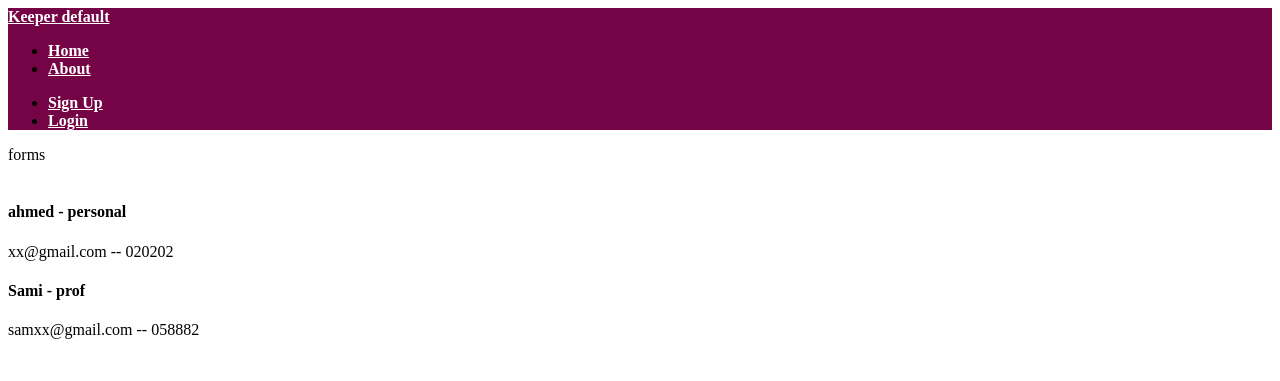
Repository: 3bdulrahman/contact-keeper
Page: / (app in client/)
An editor plug-in stored every save of this project. The page is shown before and after the next save, followed by the edit.
The browser window is 1280 px wide. The pictures show the whole page.
The project was rebuilt for these pictures with package versions that can differ from the ones it lists, and the page was loaded fresh each time. A package was used in the major version that the imports need, not the one package.json lists. Also part of the build but not shown: client/src/components/pages/About.js.

Above is the page before, as saved 2020-04-04 21:06:52.

### client/src/App.js
import React,{Fragment} from 'react';
import { BrowserRouter as Router , Route , Switch } from 'react-router-dom'
import Navbar from './components/layout/Navbar'
import Home from './components/pages/Home'
import About from './components/pages/About'
import ContactState  from './context/contact/ContactState'
import './App.css'
const  App = ()=> {
   return (
    <ContactState>
    <Router>
    <Fragment>
         <Navbar   />
         <div className='container'>
             <Switch>
               <Route exact path='/' component={Home} />
               <Route exact path='/about' component={About} />
             </Switch>
         </div>
    </Fragment>
    </Router>
    </ContactState>
  );
}

export default App;

### client/src/components/layout/Navbar.js
import React from 'react'
import {Link} from 'react-router-dom'
import PropTypes from 'prop-types'

 const Navbar = ({title}) => {
    return (
        <nav class="navbar navbar-default">
        <div class="navbar-header">

      <a class="navbar-brand" href="#">{title}</a>
    </div>
        <div class="container" id="myNavbar">

          <ul class="nav navbar-nav">
            <li class="active"><Link to="/">Home</Link></li>
            <li><Link to="/about">About</Link></li>

          </ul>
          <ul class="nav navbar-nav navbar-right">
      <li><a href="#"><span class="glyphicon glyphicon-user"></span> Sign Up</a></li>
      <li><a href="#"><span class="glyphicon glyphicon-log-in"></span> Login</a></li>
    </ul>
        </div>
      </nav>
    )
}

Navbar.propTypes= {
     title:PropTypes.string.isRequired
}
Navbar.defaultProps = {
     title:'Keeper default '
}

export default Navbar

### client/src/components/pages/Home.js
import React from 'react'
import Contacts from '../contacts/contacts'
 const Home = () => {
    return (
        <div className="row">
            <div className="col-md-6 col-lg-6">forms</div>
             <div className="col-md-6 col-lg-6">
                 <br />
                 <Contacts /></div>
        </div>
    )
}

export default Home

### client/src/context/contact/ContactState.js
import React,{useReducer} from 'react'
import uuid from 'uuid'
import contactContext from './ContactContext'
import { UPDATE_CONTACT,CLEAR_CURRENT,DELETE_CONTACT,SET_CURRENT,ADD_CONTACT,SET_ALERT,REMOVE_ALERT,
    FILTER_CONTACTS,CLEAR_FILTER} from '../type'
import contactReducer from '../contact/ContactReducer'
const ContactState = props=>{
       const contactInit = {
             contacts:[
                   {id:1,name:"ahmed",email:"xx@gmail.com",phone:"020202",type:"personal"},
                   {id:2,name:"Sami",email:"samxx@gmail.com",phone:"058882",type:"prof"}
             ]
       };
       const [state,dispatch] = useReducer(contactReducer,contactInit)
       //add contact
       return(
            <contactContext.Provider value={{
                contacts:state.contacts
            }}>
                {props.children}
            </contactContext.Provider>
       )
}

export default ContactState

### client/src/App.css
.navbar-default{
     background-color:rgb(116, 4, 69);
     border:0px;
     border-radius: 0px;
}
.navbar-default .navbar-nav>.active>a, .navbar-default .navbar-nav>.active>a:focus, .navbar-default .navbar-nav>.active>a:hover{
    background-color:rgb(116, 4, 69);
}

.navbar-nav>.active>a{
     color:#fff;
     font-weight: bold;
     background-color:rgb(116, 4, 69);
}

.navbar-default .navbar-nav>li>a{
    color:#fff;
     font-weight: bold;
}

.navbar-default .navbar-brand{
    background-color:rgb(116, 4, 69);;
    color:#fff;
    font-weight: bold;
}

.navbar-default .navbar-nav>.active>a{
    background-color:rgb(116, 4, 69);;
    color:#fff;
    font-weight: bold;
}

### client/src/components/contacts/contacts.js
import React,{useContext,Fragment} from 'react'
import ContactContext from '../../context/contact/ContactContext'
import ContactsItem from './contactsItem'
 const Contacts = () => {
    const contextContact = useContext(ContactContext)
    const {contacts} = contextContact
    return (
        <Fragment>
            {contacts.map(contact=> <ContactsItem key={contact.id} contact={contact} />)}
        </Fragment>
    )
}
export default Contacts

### client/src/context/contact/ContactContext.js
import {createContext} from 'react'
const contactContext = createContext()
export default contactContext

### client/src/context/type.js
export const ADD_CONTACT="ADD_CONTACT"
export const DELETE_CONTACT="DELETE_CONTACT"
export const UPDATE_CONTACT="UPDATE_CONTACT"
export const FILTER_CONTACTS="FILTER_CONTACTS"
export const CLEAR_FILTER="CLEAR_FILTER"
export const SET_CURRENT="SET_CURRENT"
export const CLEAR_CURRENT="CLEAR_CURRENT"
export const SET_ALERT="SET_ALERT"
export const REMOVE_ALERT="REMOVE_ALERT"

### client/src/context/contact/ContactReducer.js
import { UPDATE_CONTACT,CLEAR_CURRENT,DELETE_CONTACT,SET_CURRENT,ADD_CONTACT,SET_ALERT,REMOVE_ALERT,
    FILTER_CONTACTS,CLEAR_FILTER} from '../type'

export default (state,action)=>{
      switch(action.type){
           default:
               return state
      }
}

### client/src/components/contacts/contactsItem.js
import React from 'react'

 const ContactsItem = ({contact}) => {
    const {id,name,email,phone,type} = contact
    return (
        <div className="card">

              <div className="card-body">
              <div className="card-title">
              <h4>{name} - <span className={'badge ' + (type==='personal'?'badge-primary':'badge-danger')}>{type}</span></h4>
              </div>

              <div className="card-text">
              {email&& <span className="label label-primary">{email}</span>} --
              {phone&& <span className="label label-warning">{' '+phone}</span>}
              </div>

              </div>
        </div>
    )
}
export default ContactsItem

Loaded but not shown: client/src/index.js (common file)

After the next save:
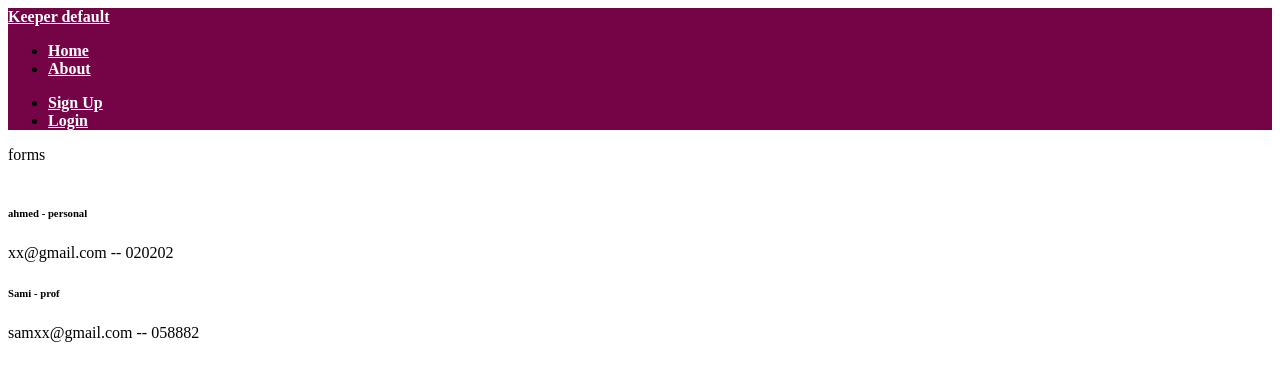
Saved 24 s later.
--- a/client/src/components/contacts/contactsItem.js
+++ b/client/src/components/contacts/contactsItem.js
@@ -7,7 +7,7 @@ import React from 'react'
 
               <div className="card-body">
               <div className="card-title">
-              <h4>{name} - <span className={'badge ' + (type==='personal'?'badge-primary':'badge-danger')}>{type}</span></h4>
+              <h6>{name} - <span className={'badge ' + (type==='personal'?'badge-primary':'badge-danger')}>{type}</span></h6>
               </div>
 
               <div className="card-text">
